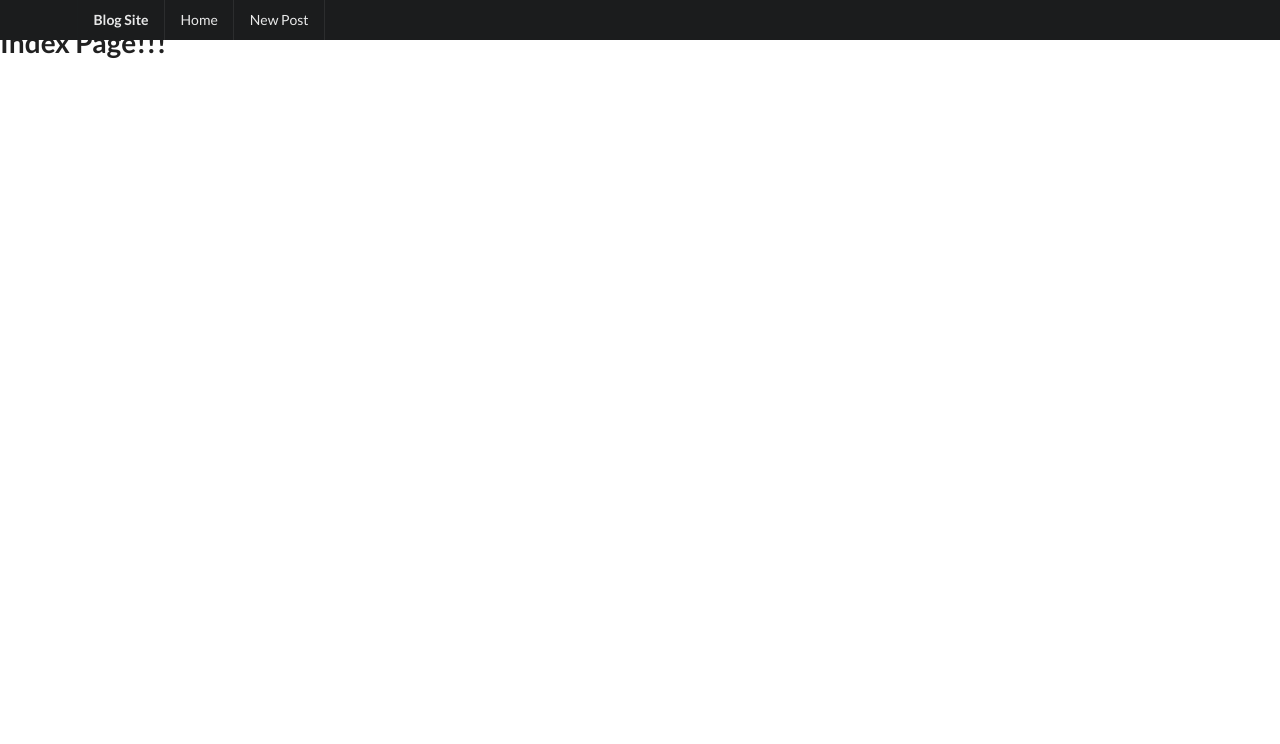
Repository: quibfiddle/WebDevBootcamp
Page: http://localhost/blogs
The author's editor kept a record of every edit. The page is drawn from the files as they stood at one moment, then again after the next edit.
The browser window is 1280 px wide. The pictures show the whole page.
Some web libraries are served in a nearby version. The page is served by the project's Node server (BlogApp/app.js). Queries for data that is not in the repository find no rows.

Above is the page before.

### C9Workspace/BlogApp/views/index.ejs
<% include ./partials/header %>

<h1>Index Page!!!</h1>

<% blogs.forEach(function(blog){ %>
    <div>
        <h2><%=blog.title%></h2>
        <img src="<%= blog.image %>"
        <span><%= blog.created %></span>
    </div>
<% }) %>

<% include ./partials/footer %>

### C9Workspace/BlogApp/views/partials/header.ejs
<html>
    <head>
        <title>Blog App</title>

        <link rel="stylesheet" href="https://cdnjs.cloudflare.com/ajax/libs/semantic-ui/2.2.13/semantic.css" />

    </head>
    <body>
        <div class="ui fixed inverted menu">
            <div class="ui container">
                <div class="header item">Blog Site</div>
                <a href="/" class="item">Home</a>
                <a href="/blogs/new" class="item">New Post</a>
            </div>
        </div>

### C9Workspace/BlogApp/app.js
var express = require("express");
var app = express();
var bodyParser = require("body-parser");
var mongoose = require("mongoose");

//initialize the components we required earlier

mongoose.connect("mongodb://localhost/restful_blog_app", {useMongoClient: true});
app.use(bodyParser.urlencoded({extended: true}));
app.set("view engine", "ejs");
app.use(express.static("public"));

//create the schema for information going into the database

var blogSchema = new mongoose.Schema({
    title: String,
    image: String,
    body: String,
    created:
        {
            type: Date,
            default: Date.now
        }
});

var Blog = mongoose.model("Blog", blogSchema);

app.get("/", function(req, res){
    res.redirect("/blogs");
});

app.get("/blogs", function(req, res){
        Blog.find({}, function(err, blogs){
        if(err){
            console.log("Error!");
        }
        else {
            res.render("index", {blogs: blogs});
        }
    });
});

app.listen(process.env.PORT, process.env.IP, function(){
    console.log("server has started");
});

Loaded but not shown: C9Workspace/BlogApp/views/partials/footer.ejs (common file)

After the next edit:
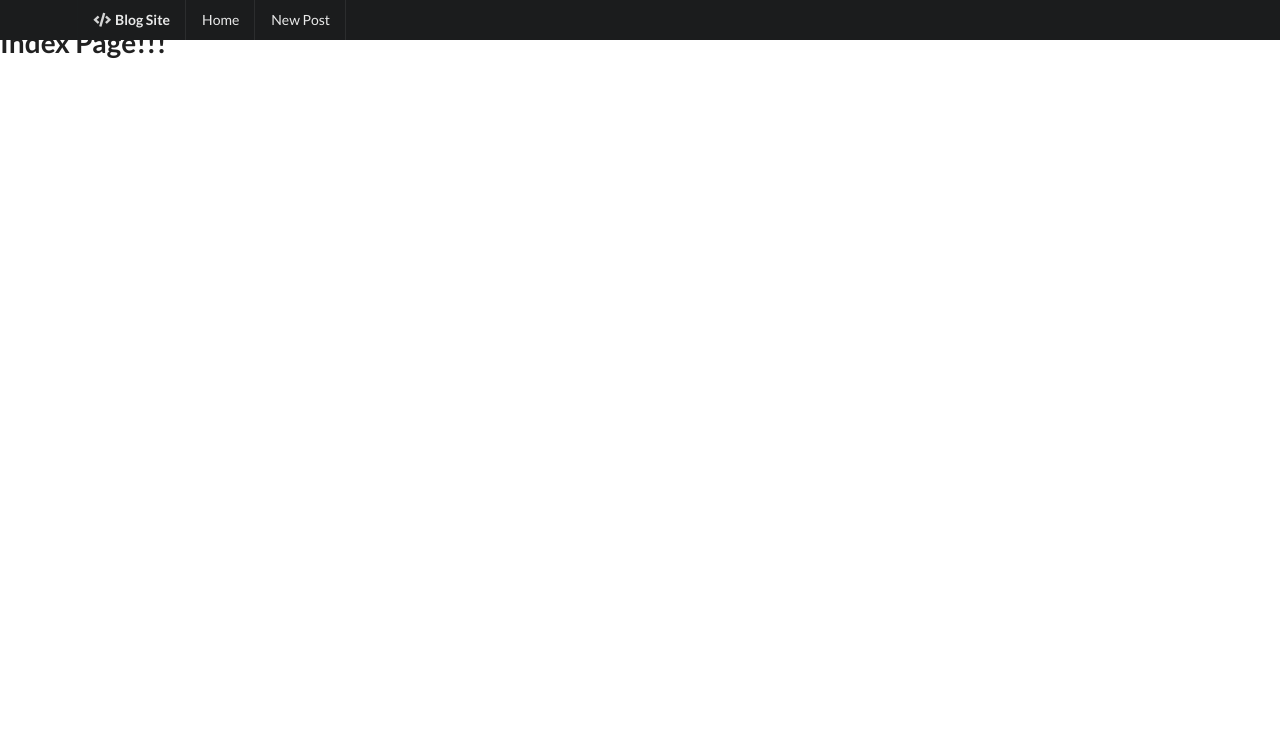
The edit:
--- a/C9Workspace/BlogApp/views/partials/header.ejs
+++ b/C9Workspace/BlogApp/views/partials/header.ejs
@@ -8,7 +8,7 @@
     <body>
         <div class="ui fixed inverted menu">
             <div class="ui container">
-                <div class="header item">Blog Site</div>
+                <div class="header item"><i class="code icon"></i>Blog Site</div>
                 <a href="/" class="item">Home</a>
                 <a href="/blogs/new" class="item">New Post</a>
             </div>
